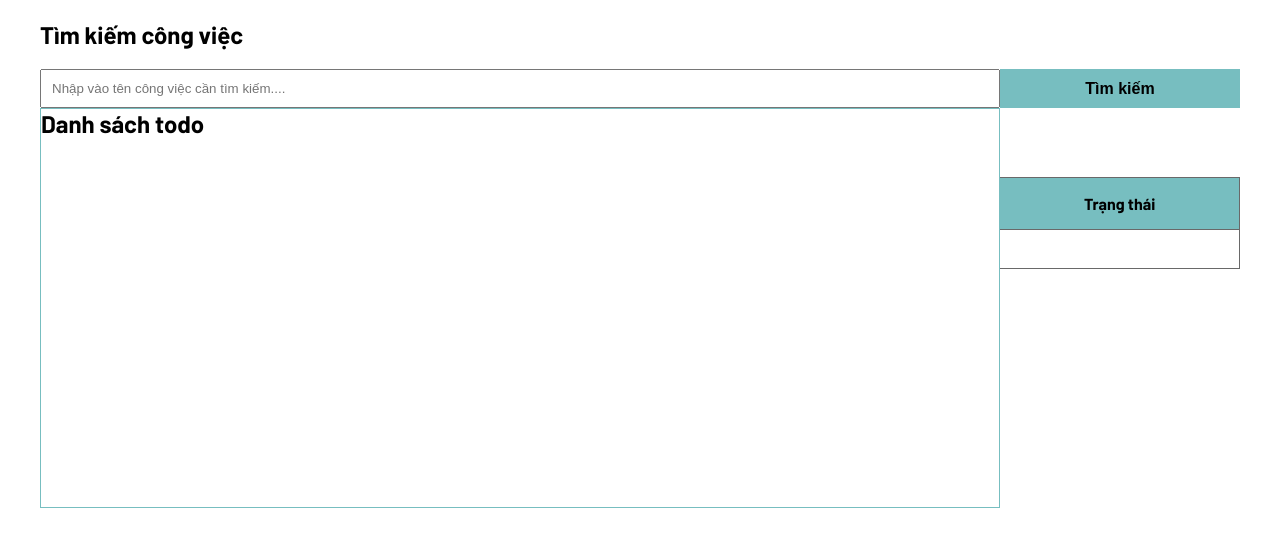
Repository: OkazakiTruong/searchReact
Page: /
These files come from the project's save history. The page is drawn as it stood at one moment and after the next save; the edit follows.
The browser window is 1280 px wide. The pictures show the whole page.
The page's requests for data from a server got no answer. The project was rebuilt for these pictures with package versions that can differ from the ones it lists, and the page was loaded fresh each time. No one was signed in, and anything a server would have sent is missing. Also part of the build but not shown: vite.config.js.

Above is the page before, as saved 2024-01-11 19:43:59.

### src/App.jsx
import React from "react";
import { SearchAppContainer } from "./SearchApp/SearchAppContainer";

export const App = () => {
  return (
    <div className="app">
      <SearchAppContainer />
    </div>
  );
};

### src/index.css
@import url("https://fonts.googleapis.com");
@import url("https://fonts.gstatic.com");
@import url("https://fonts.googleapis.com/css2?family=Barlow:ital,wght@0,100;0,200;0,300;0,400;0,500;0,600;0,700;0,800;0,900;1,100;1,200;1,300;1,400;1,500;1,600;1,700;1,800;1,900&display=swap");

* {
  padding: 0;
  margin: 0;
  box-sizing: border-box;
}

body {
  font-family: "Barlow", sans-serif;
}
ul,
li {
  list-style: none;
}

.app {
  max-width: 1250px;
  padding: 0 25px;
  margin: 0 auto;
}

### src/SearchApp/SearchAppContainer.jsx
import React, { useCallback, useEffect, useState } from "react";
import { ListTodo } from "./Todo/ListTodo";
import { Search } from "./Search/Search";
import { Pagination } from "./Pagination/Pagination";

export const SearchAppContainer = () => {
  const [todos, setTodos] = useState(null);
  const [totalPage, setTotalPage] = useState(null);
  const [currentPage, setCurrentPage] = useState(1);
  useEffect(() => {
    //fetch api
    fetch(`https://jsonplaceholder.typicode.com/todos?_page=${currentPage}`, {
      method: "GET",
      headers: {
        "Content-type": "application/json",
      },
    })
      .then((response) => {
        // console.log(response);
        // setTotalTodos(+response.headers.get("x-total-count"));
        setTotalPage(Math.ceil(+response.headers.get("x-total-count") / 10));
        return response.json();
      })
      .then((data) => {
        console.log(data);
        setTodos(data);
      });
  }, [currentPage]);
  const handlePageClick = (event) => {
    setCurrentPage(++event.selected);
  };
  return (
    <div>
      <Search todos={todos} />
      <ListTodo todos={todos} />
      <Pagination totalPage={totalPage} handlePageClick={handlePageClick} />
    </div>
  );
};

### src/SearchApp/Todo/ListTodo.jsx
import React from "react";
import "./listTodo.css";

export const ListTodo = ({ todos }) => {
  return (
    <>
      <h2>Danh sách công việc</h2>
      <table>
        <tbody>
          <tr>
            <th className="numerical-order">Số thứ tự</th>
            <th className="todo-name">Tên công việc</th>
            <th className="status">Trạng thái</th>
          </tr>
          {!todos
            ? "Hiện không có công việc nào!!"
            : todos.map((todo, index) => (
                <tr key={todo.id}>
                  <td>{todo.id}</td>
                  <td>{todo.title}</td>
                  <td>
                    {todo.completed ? "Đã hoàn thành" : "Chưa hoàn thành"}
                  </td>
                </tr>
              ))}
        </tbody>
      </table>
    </>
  );
};

### src/SearchApp/Search/Search.jsx
import React from "react";
import "./Search.css";

export const Search = () => {
  return (
    <div className="search-container">
      <h2>Tìm kiếm công việc</h2>
      <form action="#">
        <div className="search-bar">
          <input
            type="text"
            placeholder="Nhập vào tên công việc cần tìm kiếm...."
          />
          <button>Tìm kiếm</button>
        </div>
      </form>
      <div>
        <h2 className="search-suggest">Danh sách todo</h2>
      </div>
    </div>
  );
};

### src/SearchApp/Pagination/Pagination.jsx
import React from "react";
import ReactPaginate from "react-paginate";
import "./pagination.css";

export const Pagination = ({ totalPage, handlePageClick }) => {
  return (
    <div className="pagination-container">
      <ReactPaginate
        nextLabel="next >"
        onPageChange={handlePageClick}
        pageRangeDisplayed={3}
        marginPagesDisplayed={2}
        pageCount={totalPage}
        previousLabel="< previous"
        pageClassName="page-item"
        pageLinkClassName="page-link"
        previousClassName="page-item"
        previousLinkClassName="page-link"
        nextClassName="page-item"
        nextLinkClassName="page-link"
        breakLabel="..."
        breakClassName="page-item"
        breakLinkClassName="page-link"
        containerClassName="pagination"
        activeClassName="active"
        renderOnZeroPageCount={null}
      />
    </div>
  );
};

### src/SearchApp/Todo/listTodo.css
table {
  width: 100%;
}
table,
th,
td {
  border: 1px solid #696969;
  border-collapse: collapse;
}
th,
td {
  padding: 16px;
}
th {
  background-color: #77bec0;
}
th.todo-name {
  width: 70%;
}
th.numeric-order {
  width: 10%;
}
th.status {
  width: 20%;
}

h2 {
  margin-bottom: 20px;
}

### src/SearchApp/Search/Search.css
input {
  width: 80%;
  padding: 10px;
}
button {
  width: 20%;
  cursor: pointer;
  background-color: #77bec0;
  border: #77bec0;
  font-weight: 600;
  font-size: 16px;
}
.search-container {
  margin: 20px 0;
  position: relative;
}
.search-bar {
  display: flex;
  width: 100%;
}
.search-suggest {
  border: 1px solid #77bec0;
  position: absolute;
  width: 80%;
  max-height: 400px;
  min-height: 400px;
  background-color: white;
}

### src/SearchApp/Pagination/pagination.css
.pagination-container {
  margin: 20px 0 !important;
}
.pagination {
  display: flex;
}
.pagination .page-link {
  border: 1px solid #77bec0;
  display: block;
  padding: 8px 15px;
  cursor: pointer;
  user-select: none;
}

.pagination .page-link:hover {
  background-color: #e4e4e4;
}

.active {
  background-color: #77bec0;
}

.disabled {
  background-color: #ccc;
  cursor: not-allowed;
}

Loaded but not shown: index.html (common file); src/main.jsx (common file)

After the next save:
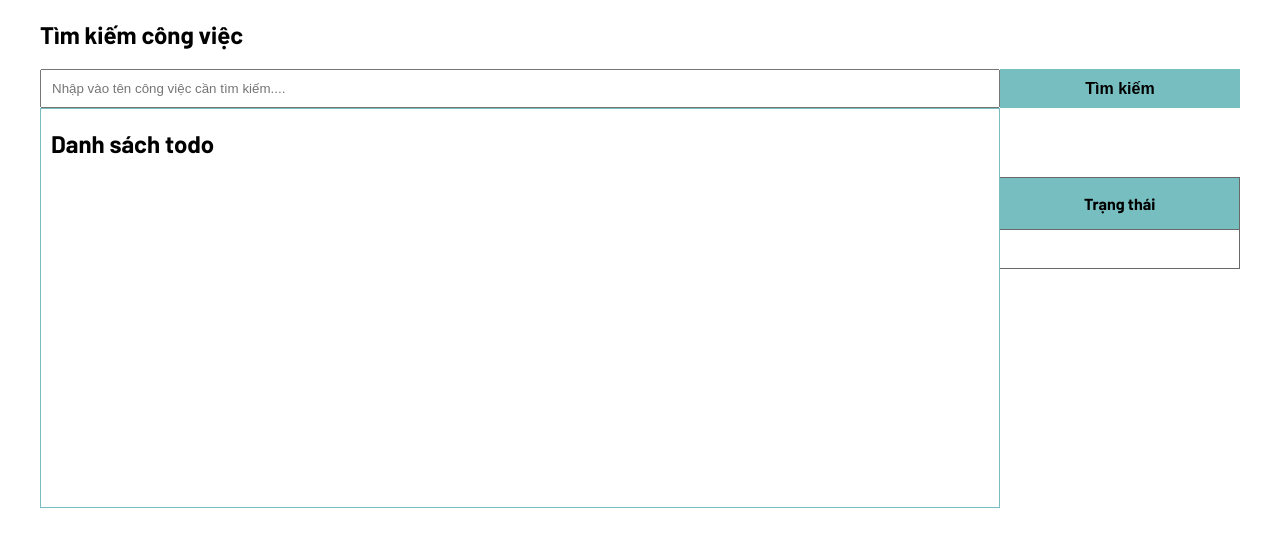
Saved 40 s later.
--- a/src/SearchApp/Search/Search.css
+++ b/src/SearchApp/Search/Search.css
@@ -25,4 +25,5 @@ button {
   max-height: 400px;
   min-height: 400px;
   background-color: white;
+  padding: 20px 10px 0px 10px;
 }
